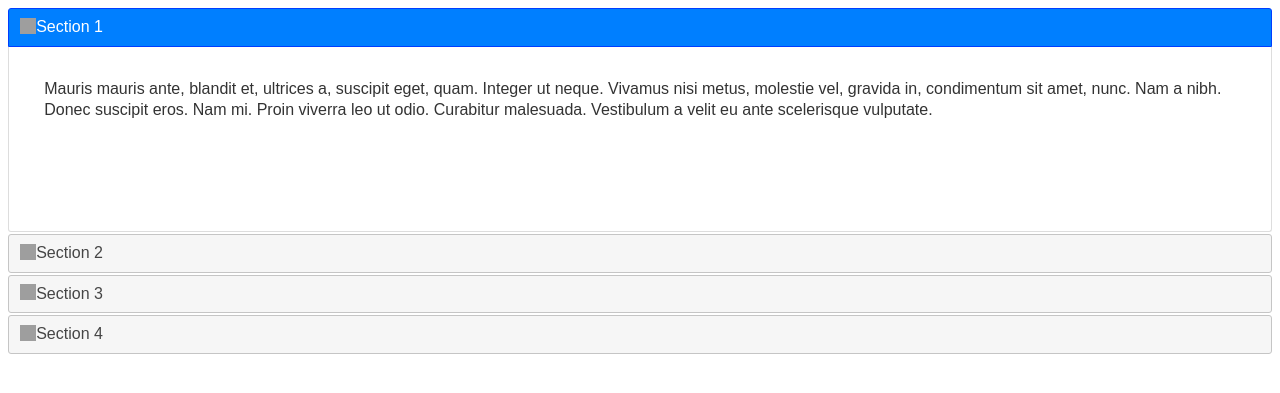
Repository: khpark1211/jsp
Page: http://localhost/TestJsp/
An editor plug-in stored every save of this project. The page is shown before and after the next save, followed by the edit.
The browser window is 1280 px wide. The pictures show the whole page.
Pictures or frames that could not be fetched are drawn as grey boxes. Some web libraries are served in a nearby version. The page is served by Tomcat 9.

Above is the page before, as saved 2020-04-07 06:17:33.
Not found: TestJsp/resources/demos/style.css

After the next save:
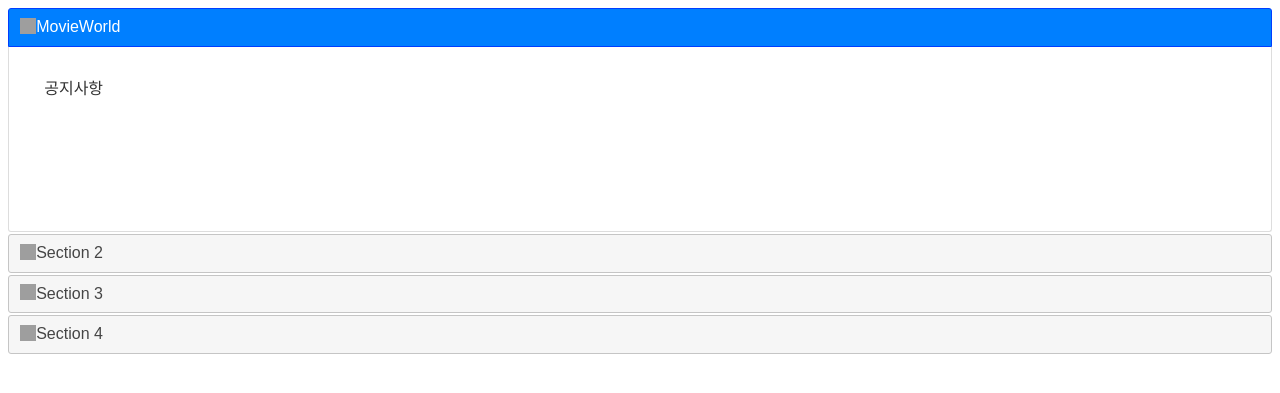
Saved 3 min 55 s later.
--- a/TestJsp/WebContent/index.jsp
+++ b/TestJsp/WebContent/index.jsp
@@ -19,14 +19,9 @@
 <body>
 
 <div id="accordion">
-  <h3>Section 1</h3>
+  <h3>MovieWorld</h3>
   <div>
-    <p>
-    Mauris mauris ante, blandit et, ultrices a, suscipit eget, quam. Integer
-    ut neque. Vivamus nisi metus, molestie vel, gravida in, condimentum sit
-    amet, nunc. Nam a nibh. Donec suscipit eros. Nam mi. Proin viverra leo ut
-    odio. Curabitur malesuada. Vestibulum a velit eu ante scelerisque vulputate.
-    </p>
+    <p> 공지사항  </p>
   </div>
   <h3>Section 2</h3>
   <div>
